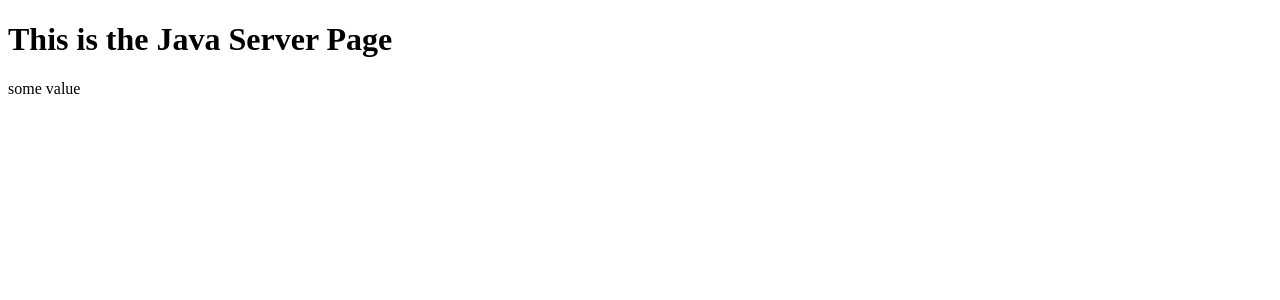
Repository: LEOHAPPY/JAVA_SA
Page: http://localhost/Day4-ServletJSPELDemo/c1
The author's editor kept a copy of each file at every save. The page is drawn from the files as they stood at one save, then again after the next save.
The browser window is 1280 px wide. The pictures show the whole page.
The page is served by Tomcat 9.

Above is the page before, as saved 2016-11-30 03:13:17.

After the next save:
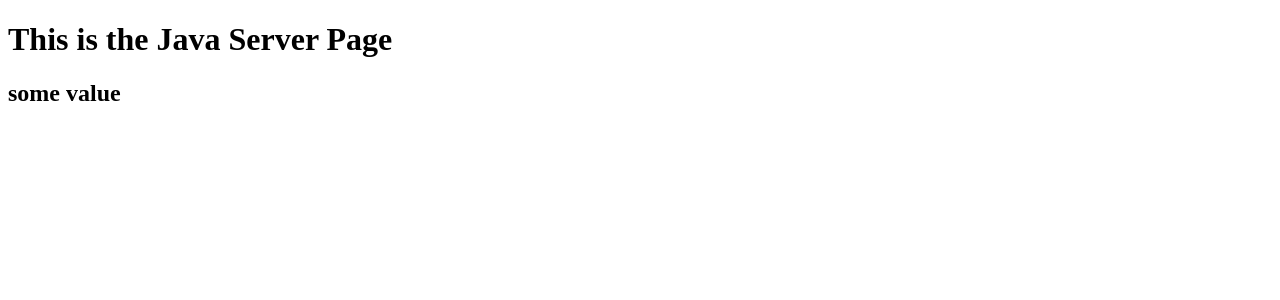
Saved 10 s later.
--- a/Workspace/JavaEEWorkspace/Day4-ServletJSPELDemo/WebContent/firstjsp.jsp
+++ b/Workspace/JavaEEWorkspace/Day4-ServletJSPELDemo/WebContent/firstjsp.jsp
@@ -8,6 +8,6 @@
 </head>
 <body>
   <h1>This is the Java Server Page</h1>
-     ${requestScope.key1}
+    <h2> ${requestScope.key1}</h2>
 </body>
 </html>
